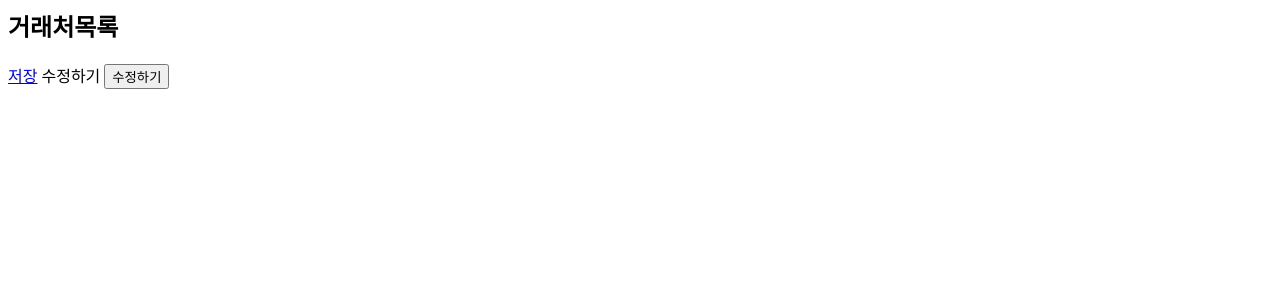
Repository: 2022-kh-final-mothlymoon/moon-back
Page: http://localhost/sellermoon/store/read.jsp
These files come from the project's save history. The page is drawn as it stood at one moment and after the next save; the edit follows.
The browser window is 1280 px wide. The pictures show the whole page.
The page is served by Tomcat 9. Other server files are loaded and not shown.

Above is the page before, as saved 2022-10-23 15:17:53.

### sellermoon/src/main/webapp/store/read.jsp

<%@ page language="java" contentType="text/html; charset=UTF-8"
	pageEncoding="UTF-8"%>
<%@ page import="java.util.*, kh.sellermoon.admin.vo.StoreVO"%>
<%@ taglib prefix="c" uri="http://java.sun.com/jsp/jstl/core"%>
<%
int STORE_NO = 0;
int MD_NO = 0;
String STORE_CONTACT = "";
String STORE_MANAGER = "";
String STORE_MEMO = "";
String STORE_YN = "";
String FIELD = "";
List<Map<String, Object>> storeList = (List<Map<String, Object>>) request.getAttribute("storeList");
if (storeList != null && storeList.size() > 0) {
	/* STORE_NO = storeList.get(0).get("STORE_NO").toString();
	MD_NO = storeList.get(0).get("MD_NO").toString(); */
	STORE_CONTACT = storeList.get(0).get("STORE_CONTACT").toString();
	STORE_MANAGER = storeList.get(0).get("STORE_MANAGER").toString();
	STORE_MEMO = storeList.get(0).get("STORE_MEMO").toString();
	STORE_YN = storeList.get(0).get("STORE_YN").toString();
	FIELD = storeList.get(0).get("FIELD").toString();
}
%>
<script type="text/javascript">
	console.log('f_boardUpd호출 성공');
	console.log('${STORE_NO}');

	function dlgUpd_save() {
		$("#f_boardUpd").submit();
	}
	function dlgUpd_close() {
		location.href = "./storeList";
	}
</script>
<!DOCTYPE html>
<html lang="en" xmlns:th="http://www.w3.org/1999/xhtml">
<head>
<meta charset="UTF-8">
<title>거래처목록 view</title>
</head>

<body>
	<h2>거래처목록</h2>
	<c:forEach var="storeList" items="${storeList}">
	     <form id="f_boardIns" name="f_boardIns" action=./storeUpdate?STORE_NO=${storeList.STORE_NO}'/>
	<label>FIELD</label>
	<input id="FIELD" name="FIELD" value="${storeList.FIELD}"><br/>
	<label>STORE_YN</label>
	<input id="STORE_YN" name="STORE_YN"  value="${storeList.STORE_YN}"><br/>
	<label>STORE_CONTACT</label>
	<input id="STORE_CONTACT" name="STORE_CONTACT"  value="${storeList.STORE_CONTACT}"><br/>
	<label>STORE_MANAGER</label>
	<input id="STORE_MANAGER" name="STORE_MANAGER" value="${storeList.STORE_MANAGER}"><br/>
	<label>STORE_MEMO</label>
	<input id="STORE_MEMO" name="STORE_MEMO" value="${storeList.STORE_MEMO}">
<input type="hidden" name="STORE_NO" value="${storeList.STORE_NO}">


     <%--    <a href="./storeUpdate?STORE_NO=${storeList.STORE_NO}" type="submit" id="edit">수정하기</a> --%>
       	</c:forEach>
       	<a href="javascript:dlgIns_save()" class="easyui-linkbutton">저장</a>
        <button type="submit" class="btn btn-info" id="edit" value="수정하기">수정하기</button>
        <input type="button" id="edit" value="수정하기">
        </form>
       <!--  <input type="button" id="delete" value="삭제하기"> -->
</body>
<script type="text/javascript">
function dlgIns_save(){
    $("#f_boardIns").submit();
 }
        </script>
</html>

After the next save:
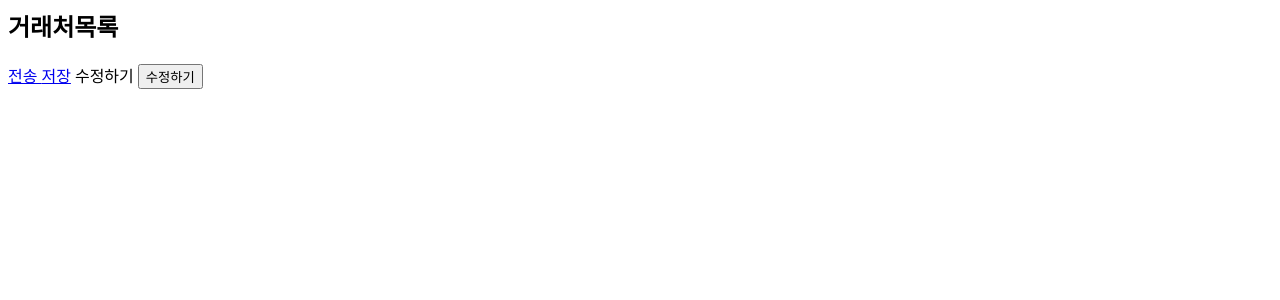
Saved 79 s later.
--- a/sellermoon/src/main/webapp/store/read.jsp
+++ b/sellermoon/src/main/webapp/store/read.jsp
@@ -59,6 +59,8 @@ if (storeList != null && storeList.size() > 0) {
 
      <%--    <a href="./storeUpdate?STORE_NO=${storeList.STORE_NO}" type="submit" id="edit">수정하기</a> --%>
        	</c:forEach>
+       	<a href="#" onclick="document.getElementById('frm').submit();">
+			전송 </a>
        	<a href="javascript:dlgIns_save()" class="easyui-linkbutton">저장</a>
         <button type="submit" class="btn btn-info" id="edit" value="수정하기">수정하기</button>
         <input type="button" id="edit" value="수정하기">
